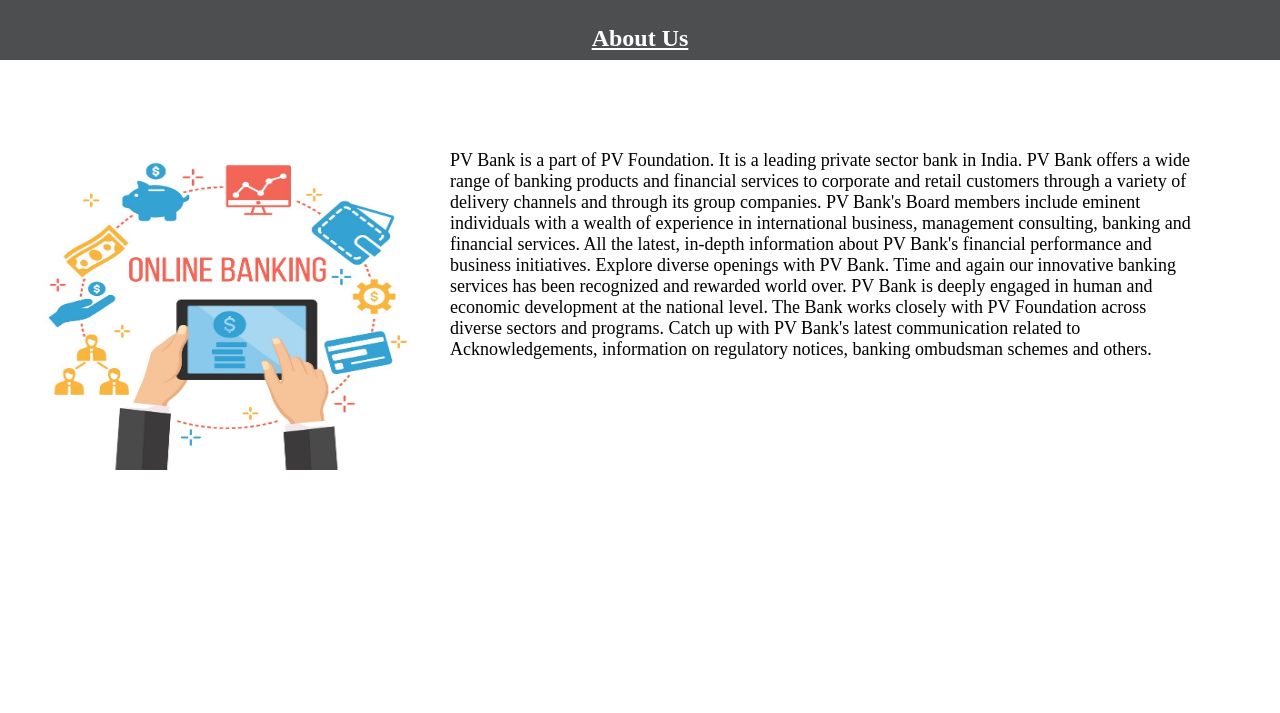
Repository: PrabhaBas/TheSparksFoundation_BasicBankingSystem
Page: http://localhost/PVBank/aboutPage.jsp
The author's editor kept a copy of each file at every save. The page is drawn from the files as they stood at one save, then again after the next save.
The browser window is 1280 px wide. The pictures show the whole page.
The page is served by Tomcat 9.

Above is the page before, as saved 2021-08-18 11:15:24.

After the next save:
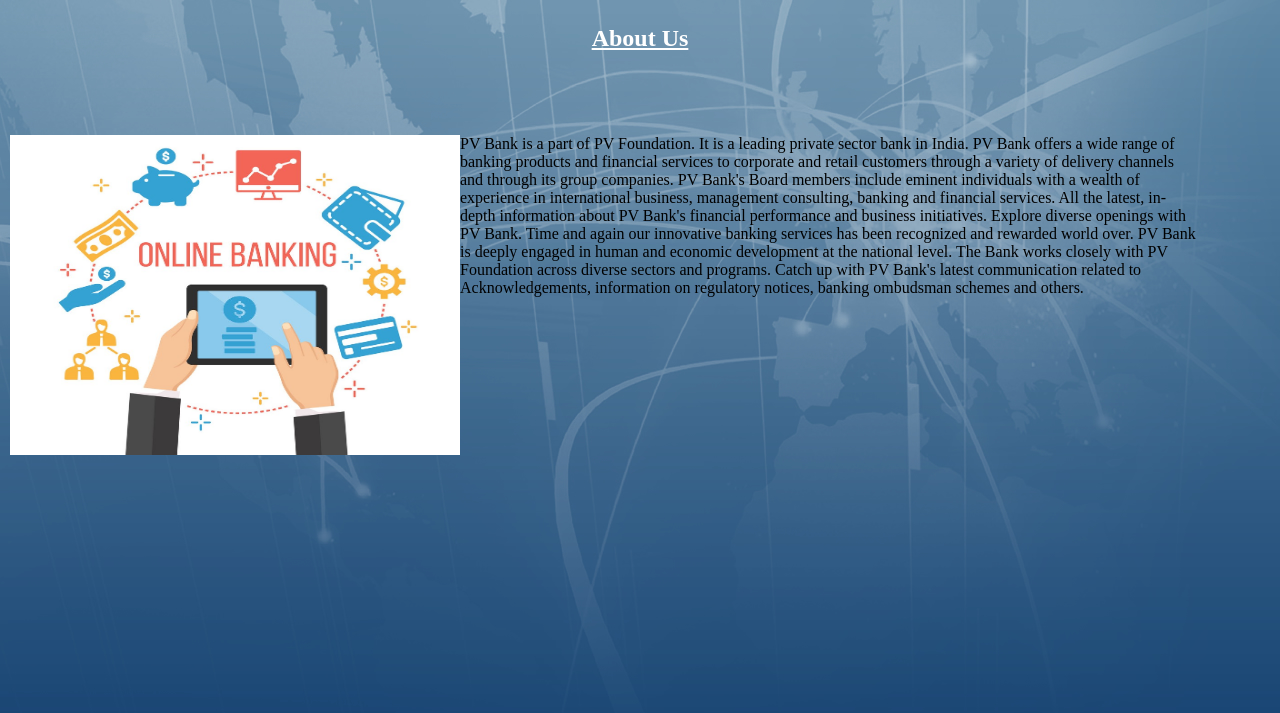
Saved 18 min 48 s later.
--- a/PVBank/src/main/webapp/aboutPage.jsp
+++ b/PVBank/src/main/webapp/aboutPage.jsp
@@ -15,9 +15,9 @@
 }
 .about-section {
   text-decoration-line: underline;
-  padding: 5px;
- height: 50px;
-  background-color: #4d4e50;
+  padding-top: 5px;
+ height: 80px;
+
   color: white;
 
 }
@@ -28,10 +28,27 @@
   float: left;
 
 }
+body{
+
+    background: url("../images/aboutback.jpg") no-repeat;
+
+
+
+}
+#para{
+margin-right: 20px;
+  color: white;
+  margin-top: 70px;
+
+ text-align: left;
+ position: relative;
+ left: 20px;
+}
 #writer{
   padding-right: 80px;
-  margin-top: 90px;
-  font-size: large;
+  margin-top: 50px;
+  margin-left: 10px;
+  font-size: medium;
   font-family: 'Times New Roman', Times, serif;
 
 }
